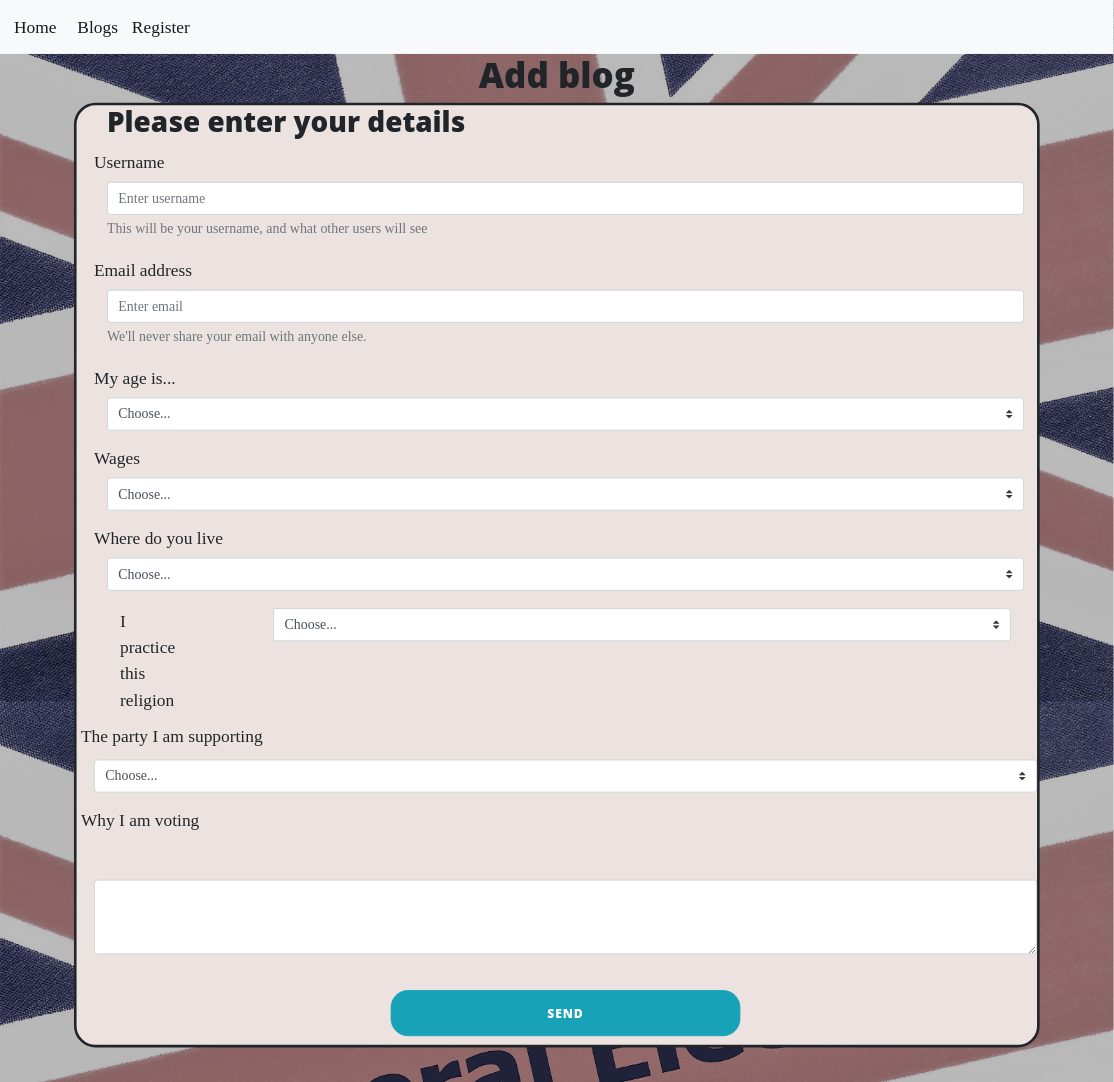
Repository: Rudancy/ms3
Page: http://localhost/add_blog
The author's editor kept a record of every edit. The page is drawn from the files as they stood at one moment, then again after the next edit.
The browser window is 1280 px wide. The pictures show the whole page, at 87% of full size.
Backgrounds fixed to the window are drawn as part of the page. Some web libraries are served in a nearby version. The page is served by the project's application, run on Flask 3 (app.py). Queries for data that is not in the repository find no rows.

Above is the page before.

After the next edit:
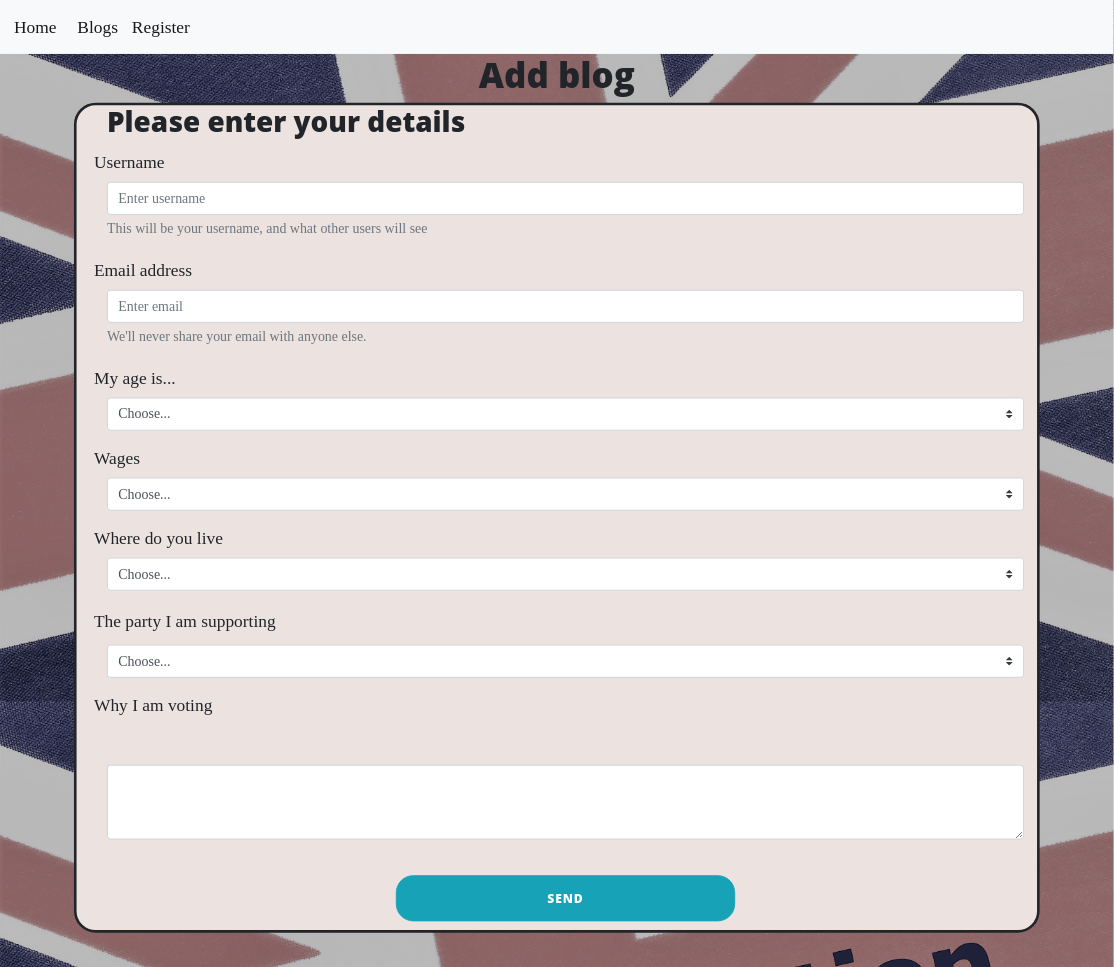
The edit:
--- a/templates/add_blog.html
+++ b/templates/add_blog.html
@@ -103,23 +103,7 @@
             </div>
 
 
-            <div class="col-12">
-                <div class="input-group">
-                    <div class="row mb-1">
-                        <div class="col-4">
-                            <label for="exampleInputEmail1">I practice this religion</label>
-                        </div>
-                    </div>
 
-                    <select name="user_religion" class="custom-select" id="inputGroupSelect04">
-                        <option selected>Choose...</option>
-                        {% for religion in religions %}
-                        <option value="{{religion.religion}}">{{religion.religion}}</option>
-                        {% endfor %}
-                    </select>
-                </div>
-            </div>
-    </div>
 
 
 
